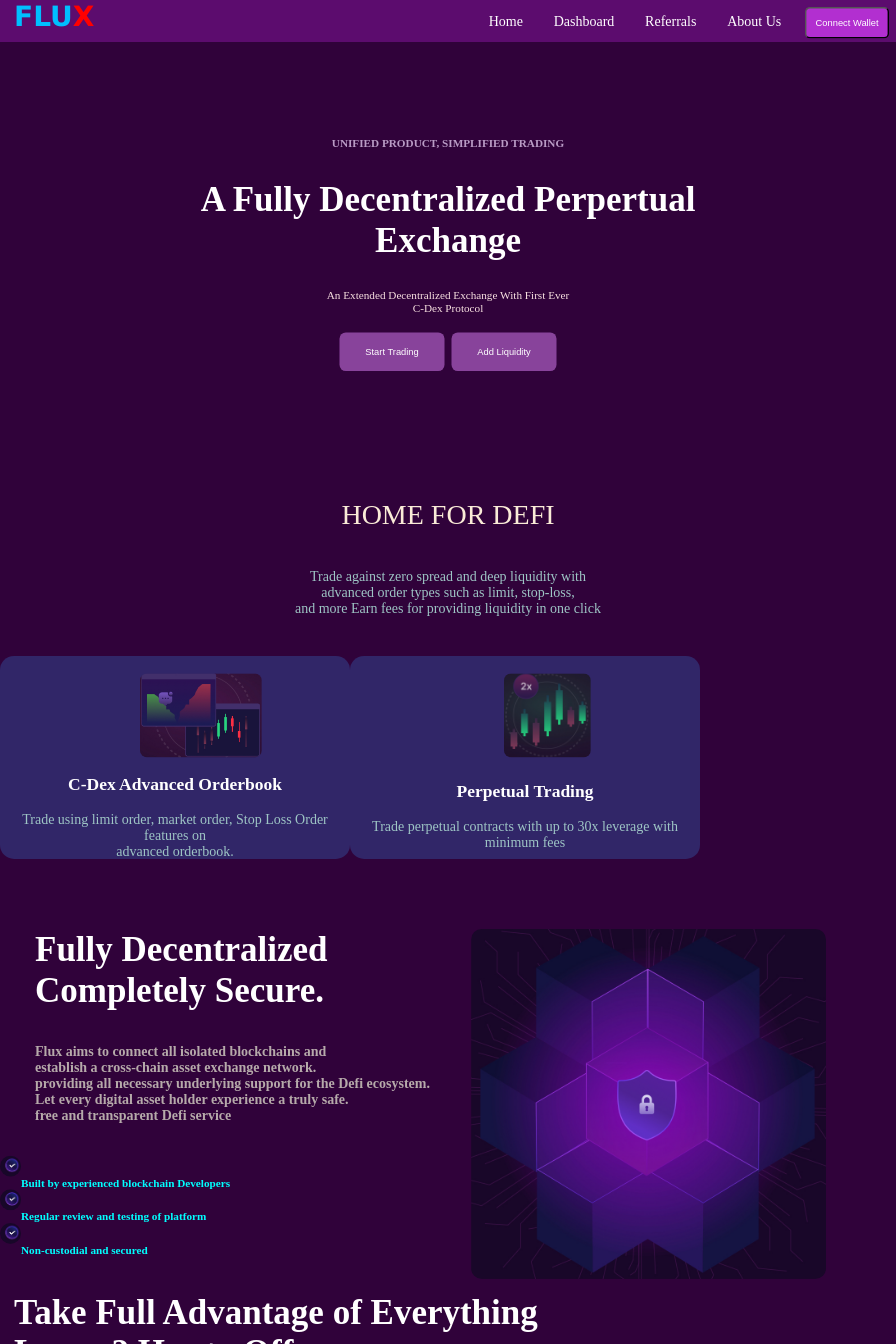
Repository: Tobby004/Flux-figma
Page: index.html
These files come from the project's save history. The page is drawn as it stood at one moment and after the next save; the edit follows.
The browser window is 1280 px wide. The pictures show the part of the page from y = 0 to 1920 px (the page is 2894 px tall), at 70% of full size.

Above is the page before, as saved 2023-04-26 01:56:20.

After the next save:
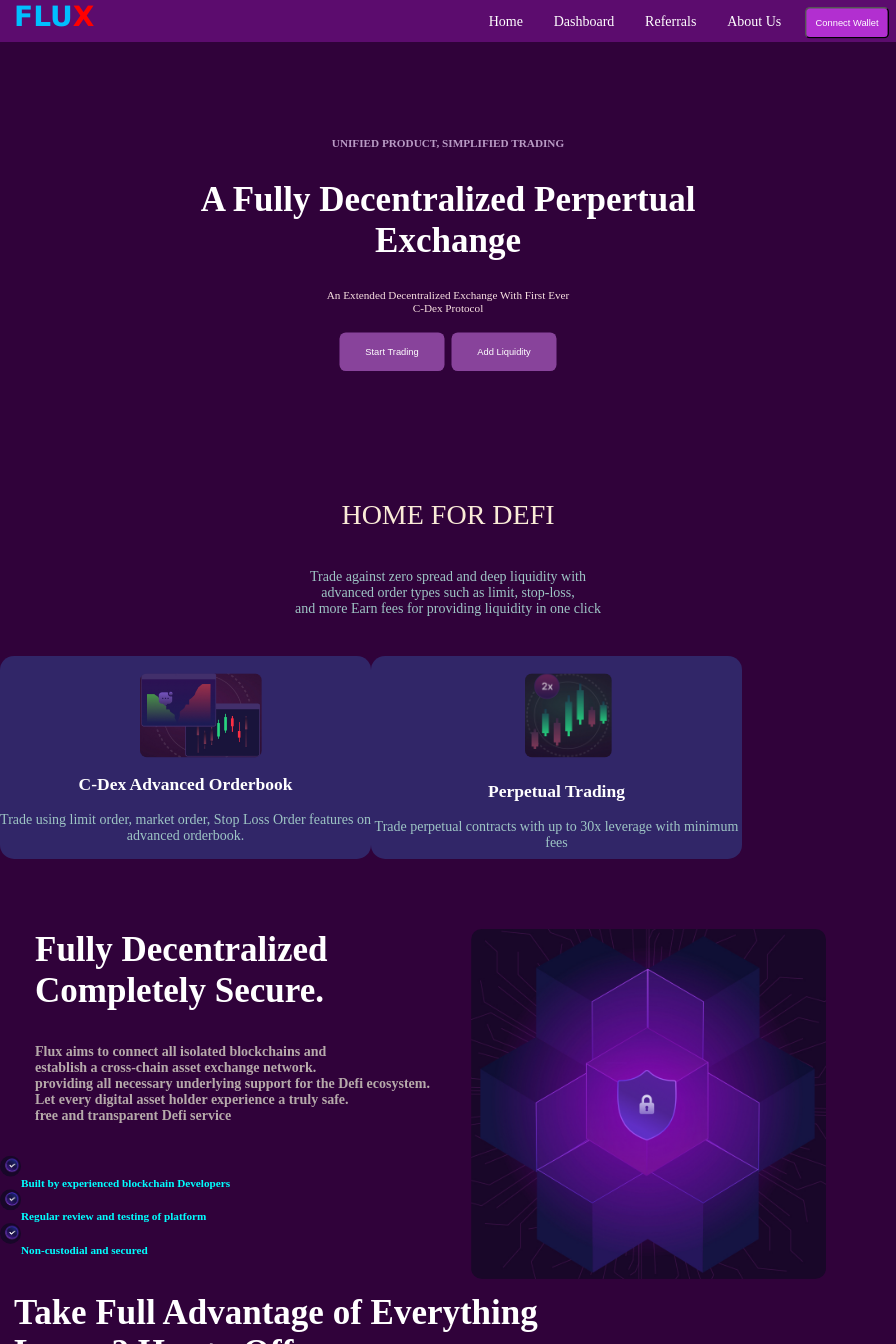
Saved 3 min 17 s later.
--- a/style.css
+++ b/style.css
@@ -86,15 +86,11 @@ input[type="button"]{
     font-weight: lighter;
 }
 .box {
-    height:400px:
-    width: 300px;
     display: flex;
-    margin-right: auto;
-    margin-left: auto;
 }
 .box1{
     height: 290px;
-    width: 500px;
+    width: 530px;
     background-color: rgb(49, 38, 104);
     border-radius: 20px;
 }
@@ -115,7 +111,7 @@ input[type="button"]{
 }
 .box2 {
     height: 290px;
-    width: 500px;
+    width: 530px;
     background-color: rgb(49, 38, 104);
     border-radius: 20px;
 }
